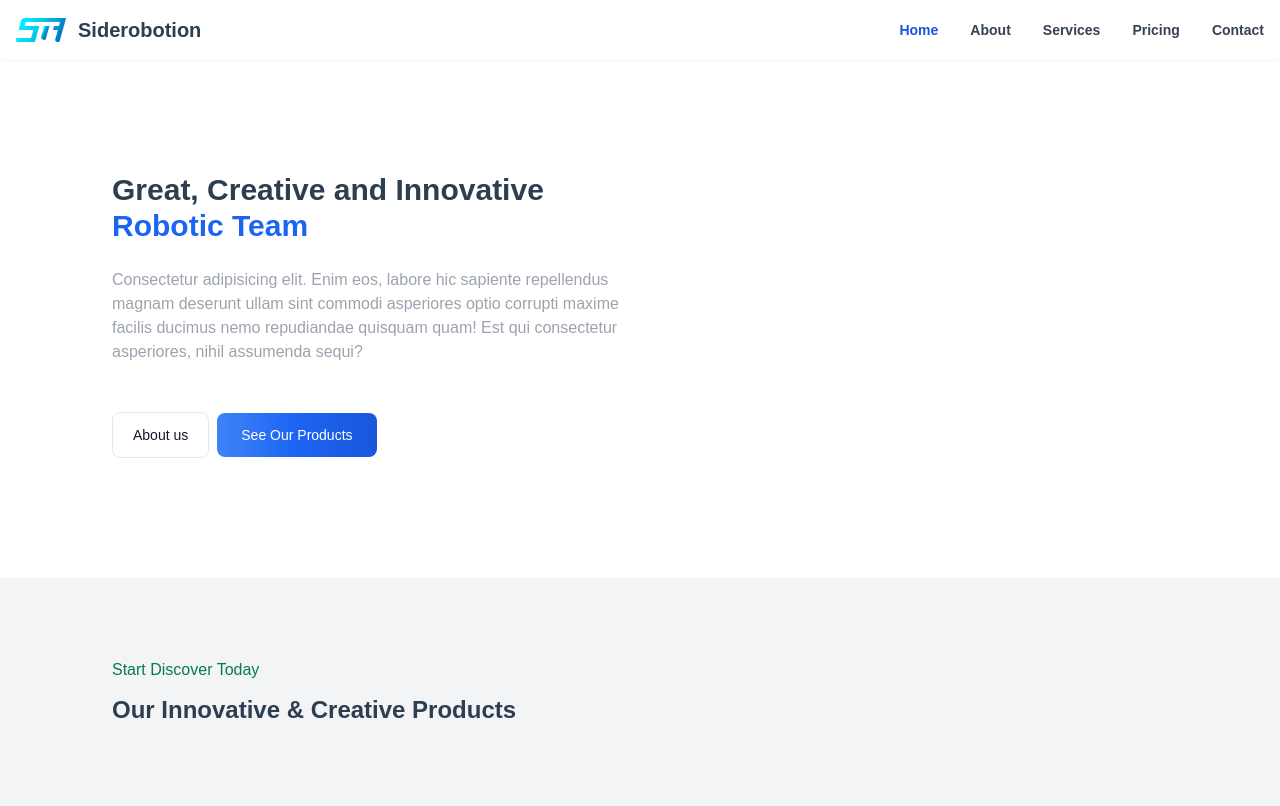
Repository: khulqu15/siderobotion
Page: /
These files come from the project's save history. The page is drawn as it stood at one moment and after the next save; the edit follows.
The browser window is 1280 px wide. The pictures show the whole page.
The project was rebuilt for these pictures with package versions that can differ from the ones it lists, and the page was loaded fresh each time. Also part of the build but not shown: vue.config.js.

Above is the page before, as saved 2022-06-12 02:25:09.

### src/main.js
import { createApp } from 'vue'
import App from './App.vue'
import './registerServiceWorker'
import router from './router'
import store from './store'
import 'flowbite'
import './index.css'

createApp(App)
  .use(store)
  .use(router)
  .mount('#app')

### src/index.css
@tailwind base;
@tailwind components;
@tailwind utilities;
@import url('https://fonts.googleapis.com/css2?family=Poppins:ital,wght@0,100;0,200;0,300;0,400;0,500;0,600;0,700;0,800;0,900;1,100;1,200;1,300;1,400;1,500;1,600;1,700;1,800;1,900&display=swap');

* {
  font-family: 'Poppins', sans-serif !important;
}

### src/views/HomeView.vue
<template>

  <web-layout>
    <div class="p-28 grid grid-cols-2 gap-4">
      <div class="text-start">
        <h1 class="text-3xl font-semibold">Great, Creative and Innovative <span class="text-blue-600">Robotic Team</span> </h1>
        <p class="text-gray-400 mt-6 mb-12">Consectetur adipisicing elit. Enim eos, labore hic sapiente repellendus magnam deserunt ullam sint commodi asperiores optio corrupti maxime facilis ducimus nemo repudiandae quisquam quam! Est qui consectetur asperiores, nihil assumenda sequi?</p>
        <button type="button" class="py-3 px-5 mr-2 mb-2 text-sm font-medium text-gray-900 focus:outline-none bg-white rounded-lg border border-gray-200 hover:bg-gray-100 hover:text-blue-700 focus:z-10 focus:ring-4 focus:ring-gray-200">About us</button>
        <button type="button" class="text-white bg-gradient-to-r from-blue-500 via-blue-600 to-blue-700 hover:bg-gradient-to-br focus:ring-4 focus:outline-none focus:ring-blue-300 dark:focus:ring-blue-800 font-medium rounded-lg text-sm px-6 py-3 text-center mr-2 mb-2">See Our Products</button>
      </div>
    </div>

    <div class="px-28 py-20 bg-gray-100">
      <div class="text-start">
        <p class="mb-3 text-green-600">Start Discover Today</p>
        <h1 class="text-2xl font-semibold">Our Innovative & Creative Products</h1>
      </div>
    </div>
  </web-layout>

</template>

<script>
import WebLayout from '@/layouts/WebLayout.vue'
export default {
  name: 'HomeView',
  components: {
    WebLayout
  }
}
</script>

### src/layouts/WebLayout.vue
<template>
  <div id="app-web">
    <div id="nav">
      <navigation-header/>
    </div>
    <div id="body-content">
      <slot id="content"></slot>
    </div>
  </div>
</template>

<script>
import NavigationHeader from '@/components/NavigationHeader.vue'
export default {
  components: {
    NavigationHeader
  }
}
</script>

### src/components/NavigationHeader.vue
<template>
  <div>
    <nav class="bg-white border-gray-200 px-2 sm:px-4 py-4 shadow-sm rounded dark:bg-gray-800">
      <div class="container flex flex-wrap justify-between items-center mx-auto">
        <a href="/" class="flex items-center">
          <img :src="require('@/assets/logo.webp')" class="mr-3 h-4 sm:h-6" alt="Siderobotion Logo">
          <span class="self-center text-xl font-semibold whitespace-nowrap dark:text-white">Siderobotion</span>
        </a>
        <button data-collapse-toggle="mobile-menu" type="button" class="inline-flex items-center p-2 ml-3 text-sm text-gray-500 rounded-lg md:hidden hover:bg-gray-100 focus:outline-none focus:ring-2 focus:ring-gray-200 dark:text-gray-400 dark:hover:bg-gray-700 dark:focus:ring-gray-600" aria-controls="mobile-menu" aria-expanded="false">
          <span class="sr-only">Open main menu</span>
          <svg class="w-6 h-6" fill="currentColor" viewBox="0 0 20 20" xmlns="http://www.w3.org/2000/svg"><path fill-rule="evenodd" d="M3 5a1 1 0 011-1h12a1 1 0 110 2H4a1 1 0 01-1-1zM3 10a1 1 0 011-1h12a1 1 0 110 2H4a1 1 0 01-1-1zM3 15a1 1 0 011-1h12a1 1 0 110 2H4a1 1 0 01-1-1z" clip-rule="evenodd"></path></svg>
          <svg class="hidden w-6 h-6" fill="currentColor" viewBox="0 0 20 20" xmlns="http://www.w3.org/2000/svg"><path fill-rule="evenodd" d="M4.293 4.293a1 1 0 011.414 0L10 8.586l4.293-4.293a1 1 0 111.414 1.414L11.414 10l4.293 4.293a1 1 0 01-1.414 1.414L10 11.414l-4.293 4.293a1 1 0 01-1.414-1.414L8.586 10 4.293 5.707a1 1 0 010-1.414z" clip-rule="evenodd"></path></svg>
        </button>
        <div class="hidden w-full md:block md:w-auto" id="mobile-menu">
          <ul class="flex flex-col mt-4 md:flex-row md:space-x-8 md:mt-0 md:text-sm md:font-medium">
            <li>
              <a href="#" class="block py-2 pr-4 pl-3 text-white bg-blue-700 rounded md:bg-transparent md:text-blue-700 md:p-0 dark:text-white" aria-current="page">Home</a>
            </li>
            <li>
              <a href="#" class="block py-2 pr-4 pl-3 text-gray-700 border-b border-gray-100 hover:bg-gray-50 md:hover:bg-transparent md:border-0 md:hover:text-blue-700 md:p-0 dark:text-gray-400 md:dark:hover:text-white dark:hover:bg-gray-700 dark:hover:text-white md:dark:hover:bg-transparent dark:border-gray-700">About</a>
            </li>
            <li>
              <a href="#" class="block py-2 pr-4 pl-3 text-gray-700 border-b border-gray-100 hover:bg-gray-50 md:hover:bg-transparent md:border-0 md:hover:text-blue-700 md:p-0 dark:text-gray-400 md:dark:hover:text-white dark:hover:bg-gray-700 dark:hover:text-white md:dark:hover:bg-transparent dark:border-gray-700">Services</a>
            </li>
            <li>
              <a href="#" class="block py-2 pr-4 pl-3 text-gray-700 border-b border-gray-100 hover:bg-gray-50 md:hover:bg-transparent md:border-0 md:hover:text-blue-700 md:p-0 dark:text-gray-400 md:dark:hover:text-white dark:hover:bg-gray-700 dark:hover:text-white md:dark:hover:bg-transparent dark:border-gray-700">Pricing</a>
            </li>
            <li>
              <a href="#" class="block py-2 pr-4 pl-3 text-gray-700 hover:bg-gray-50 md:hover:bg-transparent md:border-0 md:hover:text-blue-700 md:p-0 dark:text-gray-400 md:dark:hover:text-white dark:hover:bg-gray-700 dark:hover:text-white md:dark:hover:bg-transparent">Contact</a>
            </li>
          </ul>
        </div>
      </div>
    </nav>

  </div>
</template>

### tailwind.config.js
module.exports = {

  content: [
    "./index.html",
    "./src/**/*.{vue,js,ts,jsx,tsx}",
    "./node_modules/flowbite/**/*.js",
  ],
  theme: {
    extend: {},
  },
  plugins: [
    require('flowbite/plugin')
  ]

}

Loaded but not shown: public/index.html (common file); src/App.vue (common file); src/registerServiceWorker.js (common file); src/router/index.js (common file); src/store/index.js (common file)

After the next save:
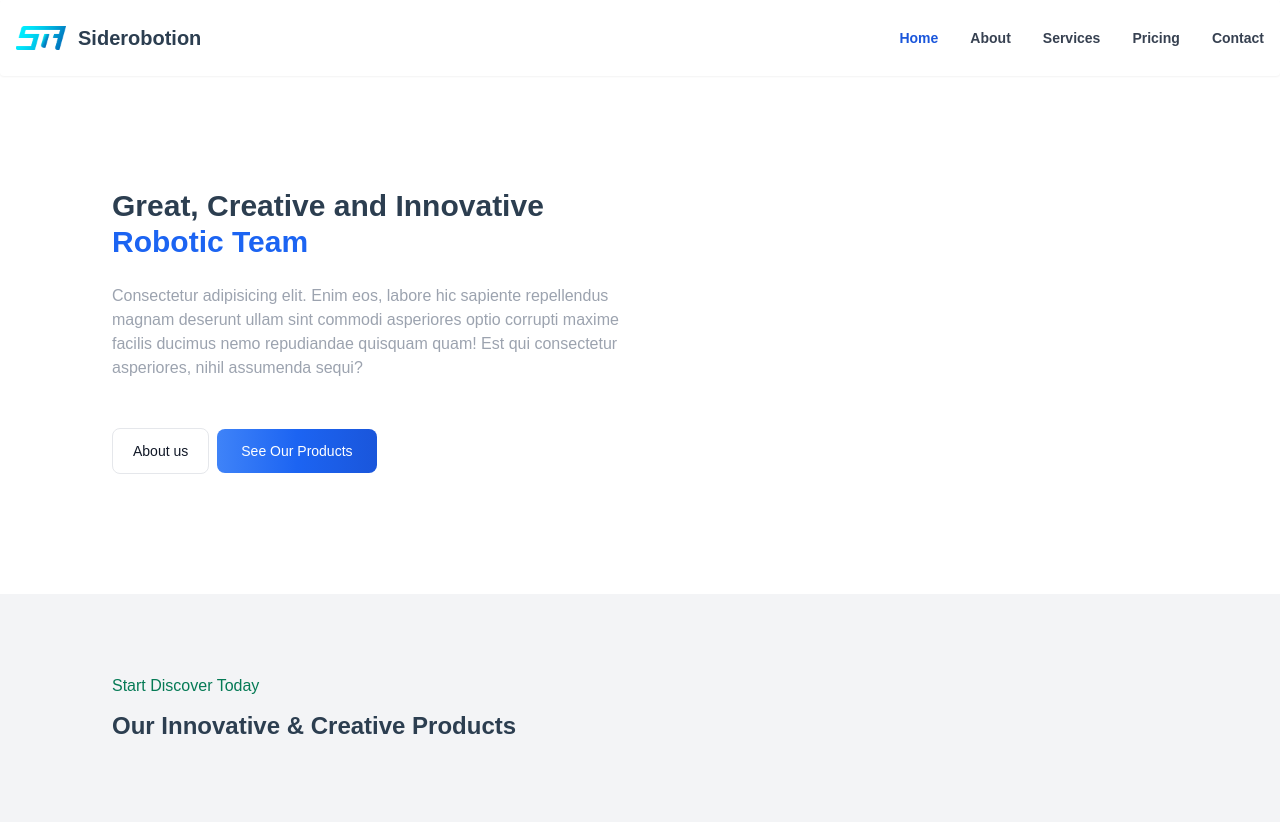
Saved 27 s later.
--- a/src/components/NavigationHeader.vue
+++ b/src/components/NavigationHeader.vue
@@ -1,6 +1,6 @@
 <template>
   <div>
-    <nav class="bg-white border-gray-200 px-2 sm:px-4 py-4 shadow-sm rounded dark:bg-gray-800">
+    <nav class="bg-white border-gray-200 px-2 sm:px-4 py-6 shadow-sm rounded dark:bg-gray-800">
       <div class="container flex flex-wrap justify-between items-center mx-auto">
         <a href="/" class="flex items-center">
           <img :src="require('@/assets/logo.webp')" class="mr-3 h-4 sm:h-6" alt="Siderobotion Logo">
